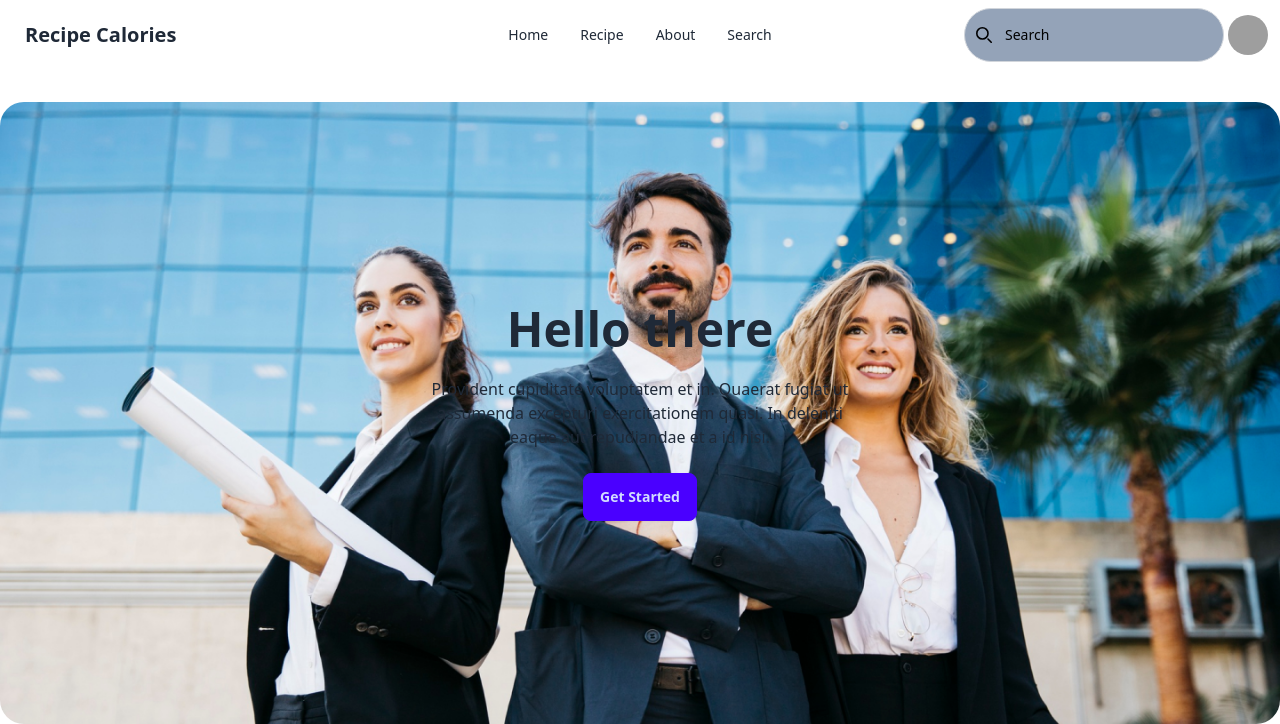
Repository: RudrasahaDibos/Chefs-table
Page: /
The author's editor kept a copy of each file at every save. The page is drawn from the files as they stood at one save, then again after the next save.
The browser window is 1280 px wide. The pictures show the whole page.
Pictures or frames that could not be fetched are drawn as grey boxes. The project was rebuilt for these pictures with package versions that can differ from the ones it lists, and the page was loaded fresh each time. Also part of the build but not shown: vite.config.js, src/App.css.

Above is the page before, as saved 2024-12-19 09:46:39.

After the next save:
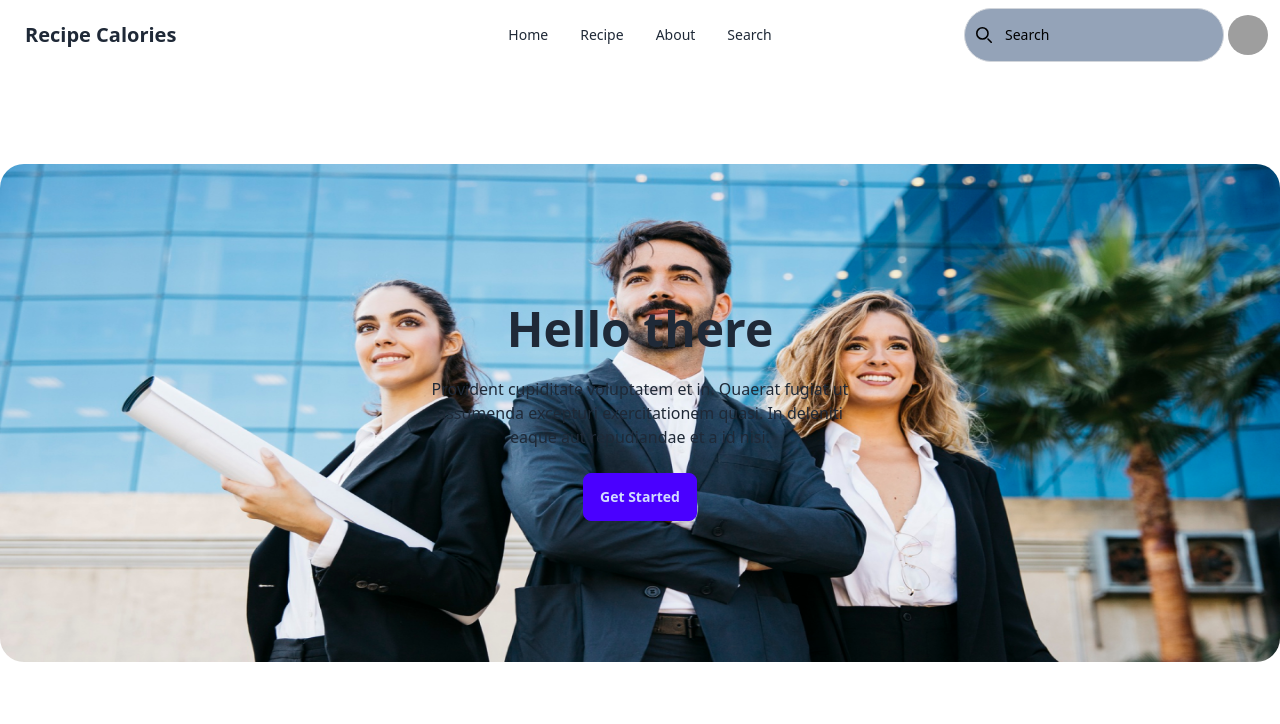
Saved 7 s later.
--- a/src/Component/Banner/Banner.jsx
+++ b/src/Component/Banner/Banner.jsx
@@ -4,7 +4,7 @@ const Banner = () => {
     return (
         <div className='max-w-7xl mx-auto mt-8'>
             <div className="hero ">
-     <img src={img} alt="" className='h- w-full rounded-3xl' />
+     <img src={img} alt="" className='h-4/5 w-full rounded-3xl' />
   <div className="hero-content text-center">
     <div className="max-w-md">
       <h1 className="text-5xl font-bold">Hello there</h1>
